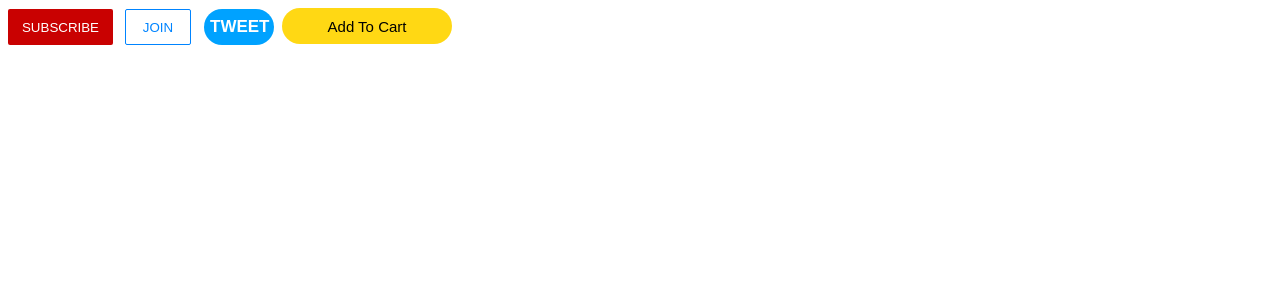
Repository: RagulRanjeeth/Frontend
Page: buttons.html
An editor plug-in stored every save of this project. The page is shown before and after the next save, followed by the edit.
The browser window is 1280 px wide. The pictures show the whole page.

Above is the page before, as saved 2026-01-19 17:30:27.

After the next save:
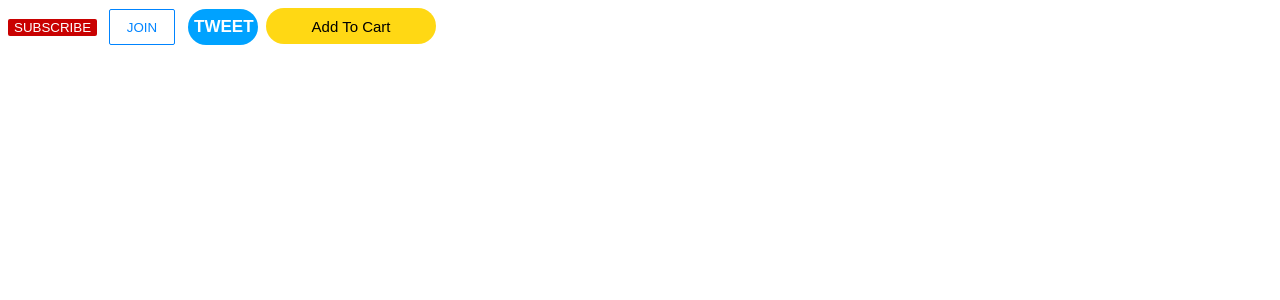
Saved 24 min 21 s later.
--- a/buttons.html
+++ b/buttons.html
@@ -4,8 +4,6 @@
         background-color: rgb(201, 1, 1);
         color:white;
         border:none;
-        height: 36px;
-        width:105px;
         border-radius: 2px;
         cursor: pointer;
         margin-right: 8px;

After the save that followed:
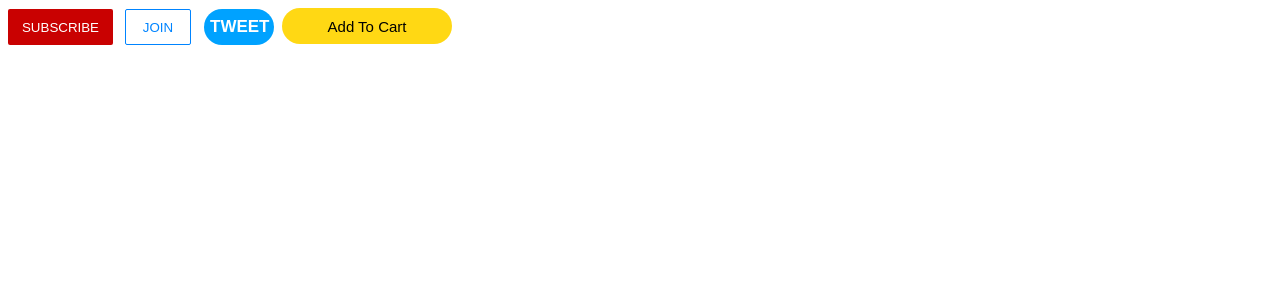
Saved 11 s later.
--- a/buttons.html
+++ b/buttons.html
@@ -4,6 +4,8 @@
         background-color: rgb(201, 1, 1);
         color:white;
         border:none;
+        height: 36px;
+        width:105px;
         border-radius: 2px;
         cursor: pointer;
         margin-right: 8px;
